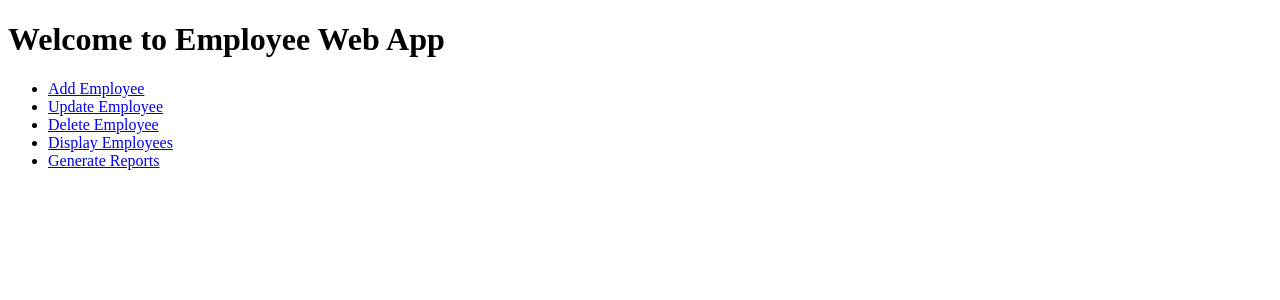
Repository: KUSUMA-74/Advance-JavaProject
Page: http://localhost/EmployeeWebApp/
These files come from the project's save history. The page is drawn as it stood at one moment and after the next save; the edit follows.
The browser window is 1280 px wide. The pictures show the whole page.
The page is served by Tomcat 9.

Above is the page before, as saved 2025-05-30 04:33:08.

After the next save:
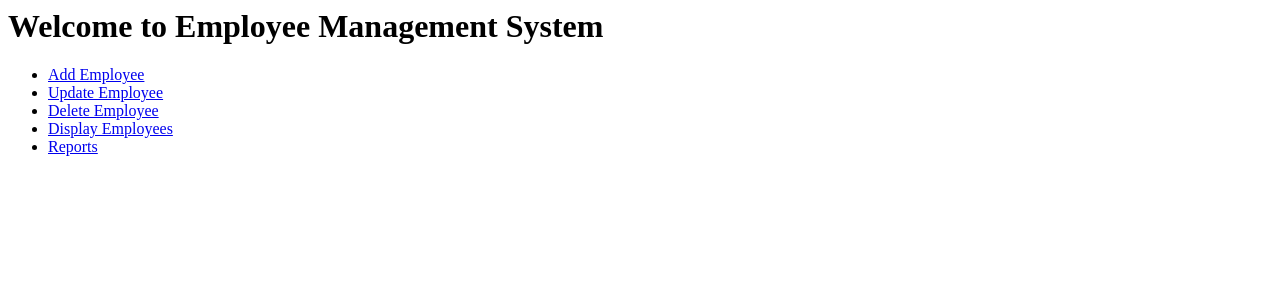
Saved 4 min 16 s later.
--- a/EmployeeWebApp/src/main/webapp/index.jsp
+++ b/EmployeeWebApp/src/main/webapp/index.jsp
@@ -1,19 +1,16 @@
-<!DOCTYPE html>
+<%@ page contentType="text/html;charset=UTF-8" language="java" %>
 <html>
 <head>
-    <title>Employee Web App - Home</title>
+    <title>Employee Management</title>
 </head>
 <body>
-
-<h1>Welcome to Employee Web App</h1>
-
-<ul>
-    <li><a href="empadd.jsp">Add Employee</a></li>
-    <li><a href="empupdate.jsp">Update Employee</a></li>
-    <li><a href="empdelete.jsp">Delete Employee</a></li>
-    <li><a href="empdisplay.jsp">Display Employees</a></li>
-    <li><a href="report_form.jsp">Generate Reports</a></li>
-</ul>
-
+    <h1>Welcome to Employee Management System</h1>
+    <ul>
+        <li><a href="empadd.jsp">Add Employee</a></li>
+        <li><a href="empupdate.jsp">Update Employee</a></li>
+        <li><a href="empdelete.jsp">Delete Employee</a></li>
+        <li><a href="empdisplay.jsp">Display Employees</a></li>
+        <li><a href="reports.jsp">Reports</a></li>
+    </ul>
 </body>
 </html>
